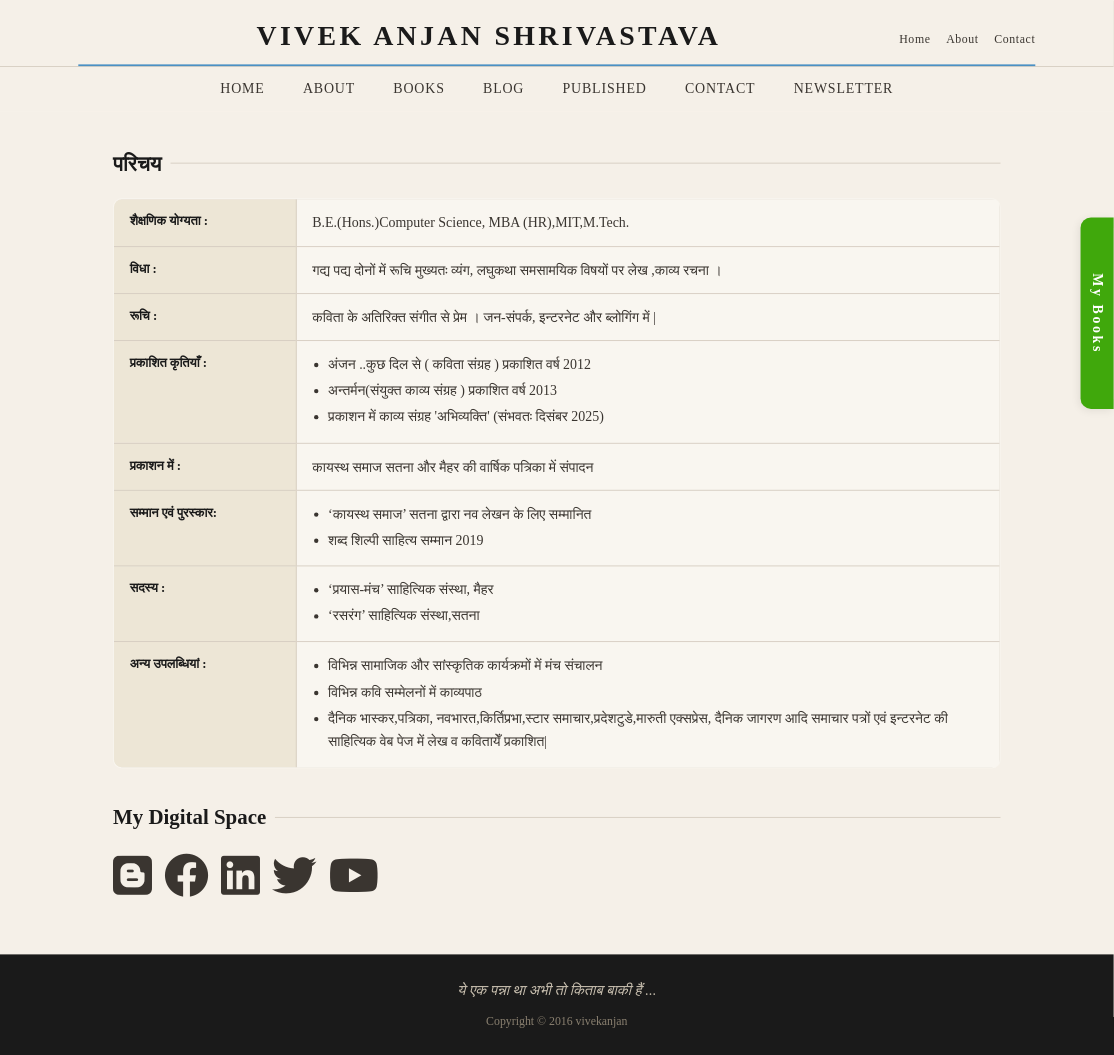
Repository: cforcoder21/vivekanjan.com
Page: frontend/html/aboutme.html
These files come from the project's save history. The page is drawn as it stood at one moment and after the next save; the edit follows.
The browser window is 1280 px wide. The pictures show the whole page, at 87% of full size.

Above is the page before, as saved 2026-03-12 21:46:49.

### frontend/html/aboutme.html
<!DOCTYPE html>
<html lang="en">
<head>
  <meta charset="UTF-8">
  <title>Portfolio | Vivek Anjan Shrivastava</title>
  <link rel="stylesheet" href="https://fonts.googleapis.com/css2?family=Poppins:wght@300;500;700&display=swap">
  <link href="../css/stye_about.css" rel="stylesheet">
  <link rel="stylesheet" href="https://cdnjs.cloudflare.com/ajax/libs/font-awesome/6.4.0/css/all.min.css">
</head>
<body>

<header>
<div id="templatemo_site_title_bar_wrapper">
  <div id="templatemo_site_title_bar">
    <div id="site_title">
      <h1>
        <a href="http:/" target="_parent">
          <h2>Vivek Anjan Shrivastava</h2>
          <span class="style5">Writer | Motivator | IT Professional</span>
        </a>
      </h1>
    </div>

    <ul id="top_menu">
      <li><a href="index.html">Home</a></li>
      <li><a href="aboutme.html">About</a></li>
      <li><a href="contact.html">Contact</a></li>
    </ul>
  </div>
</div>
</header>

<nav id="black_nav_bar_wrapper">
    <div id="black_nav_bar">
        <ul id="black_menu">
            <li><a href="index.html">HOME</a></li>
            <li><a href="aboutme.html">ABOUT</a></li>
            <li><a href="books.html">BOOKS</a></li>
            <li><a href="http://www.vivekanjan.blogspot.in/" target="_blank" title="Blogspot">BLOG</a></li>
            <li><a href="published.html">PUBLISHED</a></li>
            <li><a href="contact.html">CONTACT</a></li>
            <li class="nav-item"><a class="nav-link" href="index.html#newsletter">NEWSLETTER</a></li>
        </ul>
    </div>
</nav>


<div class="container">
  <h2 class="section-title"><center>परिचय</center></h2>


  <table>
    <tr>
      <td><strong>शैक्षणिक योग्यता :</strong></td>
      <td>B.E.(Hons.)Computer Science, MBA (HR),MIT,M.Tech. </td>
    </tr>
    <tr>
      <td><strong>विधा :</strong></td>
      <td>गद्य पद्य दोनों में रूचि  मुख्यतः व्यंग, लघुकथा समसामयिक विषयों पर लेख ,काव्य रचना ।</td>
    </tr>
    <tr>
      <td><strong>रूचि :</strong></td>
      <td>
        कविता के अतिरिक्त संगीत से प्रेम । जन-संपर्क, इन्टरनेट और ब्लोगिंग में |
      </td>
    </tr>
    <tr>
      <td><strong>प्रकाशित कृतियाँ :</strong></td>
      <td>
        <ul>
          <li>अंजन ..कुछ दिल से ( कविता संग्रह ) प्रकाशित वर्ष  2012 </li>
          <li>अन्तर्मन(संयुक्त काव्य संग्रह )   प्रकाशित वर्ष  2013 </li>
          <li>प्रकाशन में काव्य संग्रह 'अभिव्यक्ति'  (संभवतः दिसंबर 2025)</li>
        </ul>
      </td>
    </tr>
    <tr>
      <td><strong>प्रकाशन में :</strong></td>
      <td>कायस्थ समाज सतना और मैहर की वार्षिक पत्रिका में संपादन    </td>
    </tr>
    <tr>
      <td><strong>सम्मान एवं पुरस्कार:</strong></td>
      <td><ul>
        <li>‘कायस्थ समाज’ सतना द्वारा नव लेखन के लिए सम्मानित</li>
        <li>शब्द शिल्पी  साहित्य  सम्मान 2019</li>
      </ul></td>
    </tr>
    <tr>
      <td><strong>सदस्य :</strong></td>
      <td>
        <ul>
          <li>‘प्रयास-मंच’ साहित्यिक संस्था, मैहर</li>
          <li> ‘रसरंग’ साहित्यिक संस्था,सतना       </li>
        </ul>
      </td>
    </tr>
    <tr>
      <td>अन्य उपलब्धियां :</td>
        <td>
        <ul>
          <li>विभिन्न सामाजिक और सांस्कृतिक कार्यक्रमों में मंच संचालन</li>
          <li>विभिन्न कवि सम्मेलनों में काव्यपाठ </li>
          <li>    दैनिक भास्कर,पत्रिका, नवभारत,किर्तिप्रभा,स्टार समाचार,प्रदेशटुडे,मारुती एक्सप्रेस, दैनिक जागरण आदि समाचार पत्रों एवं इन्टरनेट की साहित्यिक वेब पेज में लेख व कवितायेँ प्रकाशित|


</li>
        </ul>
      </td>
    </tr>
  </table>

  <h2 class="section-title">My Digital Space</h2>
  <div class="social-icons">
    <a href="http://www.vivekanjan.blogspot.in/" target="_blank" title="Blogspot">
      <i class="fab fa-blogger fa-2x"></i>
    </a>
    <a href="https://www.facebook.com/profile.php?id=100000817695075" target="_blank" title="Facebook">
      <i class="fab fa-facebook fa-2x"></i>
    </a>
    <a href="http://in.linkedin.com/in/vivekanjan" target="_blank" title="LinkedIn">
    <i class="fab fa-linkedin fa-2x"></i>
    </a>
    <a href="https://twitter.com/vivekanjan" target="_blank" title="X">
      <i class="fab fa-twitter fa-2x"></i>
    </a>
    <a href="https://www.youtube.com/user/vivekanjan" target="_blank" title="YouTube">
      <i class="fab fa-youtube fa-2x"></i>
    </a>
    </div>

</div>



<div id="books-tab-wrapper">
  <div id="books-tab-label">My Books</div>
  <div id="books-tab-content">
    <div class="section-title_h2">
      <h2>My Books</h2>
    </div>
     <div class="books-container-box">
      <div class="book-card">
        <img src="https://simg.pothi.com/2vGe407RzEnevX9iGmptOgm-dtPMCfAGPQWAuCIwg08/rs:fit/w:371/h:477/el:1/g:sm/cb:rev-3/bG9jYWw6Ly8vaW1h/Z2VzL3Byb2R1Y3Rz/LzIwMjIvMDcvU0tV/MTQ3Ni9JbWFnZV8w/LmpwZw.jpg" alt="Anjan_book" class="book-cover" />
        <h4>अंजन…. कुछ दिल  से</h4>
        <p>अंजन काजल का समानार्थी शब्द है ! इसी शब्द पर आधारित है दिल से लिखा,दिल को छूने वाला, काव्य संग्रह ‘अंजन ' कुछ दिल से….</p>
        <div class="buy-button-container">
          <button class="buy-button">Buy Here</button>
          <div class="buy-dropdown">
            <a href="https://store.pothi.com/book/%E0%A4%B5%E0%A4%BF%E0%A4%B5%E0%A5%87%E0%A4%95-%E0%A4%85%E0%A4%82%E0%A4%9C%E0%A4%A8-%E0%A4%B6%E0%A5%8D%E0%A4%B0%E0%A5%80%E0%A4%B5%E0%A4%BE%E0%A4%B8%E0%A5%8D%E0%A4%A4%E0%A4%B5-%E0%A4%85%E0%A4%82%E0%A4%9C%E0%A4%A8/" target="_blank">Buy on Pothi</a>
            <a href="https://store.pothi.com/book/ebook-%E0%A4%B5%E0%A4%BF%E0%A4%B5%E0%A5%87%E0%A4%95-%E0%A4%85%E0%A4%82%E0%A4%9C%E0%A4%A8-%E0%A4%B6%E0%A5%8D%E0%A4%B0%E0%A5%80%E0%A4%B5%E0%A4%BE%E0%A4%B8%E0%A5%8D%E0%A4%A4%E0%A4%B5-%E0%A4%85%E0%A4%82%E0%A4%9C%E0%A4%A8/" target="_blank">Buy Ebook</a>
          </div>
        </div>
      </div>

      <div class="book-card">
    <img src="../assets/images/antarman.png" alt="Antarman" class="book-cover" />
    <h4>अंतर्मन</h4>
    <p>जीवन में हम सब की समस्याएं लगभग एक सी हैं, इन्हीं समस्याओं पर सभी शायरों और कवियों ने अपनी कलम चलाई है, एक से ही विषय होते हुए भी किसी बात को कहने का और उसे महसूस करने का अंदाज़ ही उन्हें एक दूसरे से अलग करता है.ग़ज़लों का केनवास काफी विस्तृत है. व्यक्ति से लेकर साहित्य, संस्कृति, समाज, परिवार, देश, अर्थ तंत्र, धर्म, शिक्षा, राजनीती, आतंक आदि विषयों पर उनके शेर कमाल का प्रभाव पैदा करते हैं. उन्होंने अपनी दार्शनिक सोच को भारतीय संस्कारों के तहत अपने शेरों में रूपायित किया है.. </p>
    <div class="buy-button-container">
      <button class="buy-button">Buy Here</button>
      <div class="buy-dropdown">
        <a href="https://www.flipkart.com/vidhwaan-kaviyon-ka-antarman/p/itmdy8m9tgvdbayn?pid=9789384236205&ref=L%3A1156165615059355101&srno=p_15&query=utkarsh+prakashan&otracker=from-search" target="_blank">Buy on Flipkart</a>
      </div>
    </div>
  </div>
</div>

    </div>
  </div>
</div>



<footer>
  <div class="footer">
    <p>ये एक पन्ना था अभी तो किताब बाकी हैं ...</p>
    <p>Copyright © 2016 vivekanjan</p>
  </div>
</footer>

</body>
</html>

### frontend/css/stye_about.css
/* ══════════════════════════════════════════════════════════
   stye_about.css  —  mirrors style_index.css exactly
   Maps the about page's old IDs/classes to the home design
   ══════════════════════════════════════════════════════════ */

/* ── RESET & BASE ────────────────────────────────────────── */
*, *::before, *::after { box-sizing: border-box; margin: 0; padding: 0; }

:root {
  --cream:      #f5f0e8;
  --cream-dark: #ede6d6;
  --cream-mid:  #f9f6f0;
  --ink:        #1a1a1a;
  --ink-soft:   #3a3530;
  --ink-light:  #6b6258;
  --blue-line:  #4a90c4;
  --blue-deep:  #2c6fa6;
  --green:      #40a80c;
  --green-dark: #2d7a08;
  --border:     #d4cbbf;
  --shadow:     rgba(0,0,0,0.08);
}

html { scroll-behavior: smooth; }

body {
  font-family: 'EB Garamond', Georgia, serif;
  background-color: var(--cream);
  color: var(--ink);
  font-size: 16px;
  line-height: 1.7;
}

a { color: inherit; text-decoration: none; transition: color 0.2s; }


/* ══════════════════════════════════════════════════════════
   HEADER
   home: .site-header  →  about: #templatemo_site_title_bar_wrapper
   home: .header-top   →  about: #templatemo_site_title_bar
   home: .site-title   →  about: #site_title  (the h2 inside)
   home: .header-icons →  about: #top_menu
   ══════════════════════════════════════════════════════════ */

/* == .site-header == */
#templatemo_site_title_bar_wrapper {
  background: var(--cream);
  padding: 22px 60px 0;
  position: sticky;
  top: 0;
  z-index: 100;
  box-shadow: 0 1px 0 var(--border);
}

/* == .header-top == */
#templatemo_site_title_bar {
  display: flex;
  align-items: center;
  justify-content: space-between;
  padding-bottom: 14px;
  border-bottom: 2px solid var(--blue-line);
  max-width: 1100px;
  margin: 0 auto;
}

/* spacer on left so title stays centred (mirrors .header-spacer) */
#site_title {
  flex: 1;
  text-align: center;
}

/* strip the default h1 styling */
#site_title h1 {
  font-size: inherit;
  font-weight: inherit;
  margin: 0;
}

#site_title a {
  display: inline-block;
  text-decoration: none;
}

/* == .site-title == */
#site_title a h2 {
  font-family: 'Playfair Display', serif;
  font-size: 2rem;
  font-weight: 700;
  letter-spacing: 0.12em;
  text-transform: uppercase;
  color: var(--ink);
  margin: 0;
  line-height: 1.2;
}

#site_title a h2:hover,
#site_title a:hover h2 { color: var(--ink); }

/* hide the subtitle — home page has none */
#site_title .style5 { display: none; }

/* == .header-icons == */
#top_menu {
  list-style: none;
  margin: 0;
  padding: 0;
  display: flex;
  gap: 18px;
  align-items: center;
  font-size: 1.3rem;
  color: var(--ink-soft);
  min-width: 80px;
  justify-content: flex-end;
}

#top_menu li a {
  font-family: 'Cormorant Garamond', serif;
  font-size: 0.85rem;
  font-weight: 500;
  letter-spacing: 0.05em;
  color: var(--ink-soft);
  transition: color 0.2s;
}

#top_menu li a:hover { color: var(--blue-deep); }


/* ══════════════════════════════════════════════════════════
   NAV BAR
   home: .main-nav / .nav-item > a
   about: #black_nav_bar_wrapper / #black_nav_bar / #black_menu li a
   ══════════════════════════════════════════════════════════ */

/* == .main-nav wrapper == */
#black_nav_bar_wrapper {
  background: var(--cream);
}

#black_nav_bar {
  display: flex;
  justify-content: center;
  gap: 0;
  padding: 0;
  background: var(--cream);
  max-width: 1100px;
  margin: 0 auto;
}

/* == .nav-item == */
#black_menu {
  list-style: none;
  margin: 0;
  padding: 0;
  display: flex;
  justify-content: center;
}

/* == .nav-item > a == */
#black_menu li a,
#black_menu li a.nav-link {
  font-family: 'Cormorant Garamond', serif;
  font-size: 1rem;
  font-weight: 500;
  letter-spacing: 0.06em;
  color: var(--ink-soft);
  padding: 12px 22px;
  display: block;
  transition: color 0.2s;
}

#black_menu li a:hover,
#black_menu li a.nav-link:hover { color: var(--blue-deep); }


/* ══════════════════════════════════════════════════════════
   PAGE CONTENT  .container
   ══════════════════════════════════════════════════════════ */
.container {
  max-width: 1100px;
  margin: 40px auto 0;
  padding: 0 40px;
}

/* section headings — mirrors .section-heading */
h2.section-title {
  font-family: 'Playfair Display', serif;
  font-size: 1.5rem;
  font-weight: 600;
  color: var(--ink);
  margin-bottom: 20px;
  margin-top: 36px;
  display: flex;
  align-items: center;
  gap: 10px;
}

h2.section-title::after {
  content: '';
  flex: 1;
  height: 1px;
  background: var(--border);
}

/* ── TABLE (परिचय) ─────────────────────────────────────── */
table {
  width: 100%;
  border-collapse: collapse;
  background: var(--cream-mid);
  border: 1px solid var(--border);
  border-radius: 10px;
  overflow: hidden;
  font-family: 'EB Garamond', serif;
  font-size: 1rem;
  color: var(--ink-soft);
}

table tr { border-bottom: 1px solid var(--border); }
table tr:last-child { border-bottom: none; }

table td {
  padding: 13px 18px;
  vertical-align: top;
  line-height: 1.7;
}

/* label column */
table td:first-child {
  font-family: 'Playfair Display', serif;
  font-size: 0.92rem;
  font-weight: 600;
  color: var(--ink);
  white-space: nowrap;
  width: 210px;
  background: var(--cream-dark);
  border-right: 1px solid var(--border);
}

table td strong {
  font-family: 'Playfair Display', serif;
  font-weight: 600;
  color: var(--ink);
}

table ul { padding-left: 18px; margin: 0; }
table li { margin-bottom: 3px; }

/* ── SOCIAL ICONS (.social-icons) ─────────────────────── */
.social-icons {
  display: flex;
  gap: 14px;
  justify-content: flex-start;
  margin-top: 14px;
  flex-wrap: wrap;
  align-items: center;
}

.social-icons a {
  color: var(--ink-soft);
  font-size: 1.6rem;
  transition: color 0.2s, transform 0.2s;
}

.social-icons a:hover {
  color: var(--blue-deep);
  transform: translateY(-2px);
}

/* ══════════════════════════════════════════════════════════
   BOOKS SIDE TAB
   ══════════════════════════════════════════════════════════ */
#books-tab-wrapper {
  position: fixed;
  top: 50%;
  right: 0;
  transform: translateY(-50%);
  width: 38px;
  z-index: 999;
  background: var(--green);
  border-top-left-radius: 12px;
  border-bottom-left-radius: 12px;
  box-shadow: -2px 2px 10px var(--shadow);
  overflow: hidden;
  transition: width 0.4s ease, height 0.4s ease, background 0.4s ease;
  cursor: pointer;
  color: white;
  display: flex;
  align-items: stretch;
  height: 220px;
}

#books-tab-wrapper:hover {
  width: 50vw;
  height: 90vh;
  background: var(--cream);
  box-shadow: -4px 4px 24px rgba(0,0,0,0.15);
  border: 1px solid var(--border);
  cursor: default;
}

#books-tab-label {
  writing-mode: vertical-rl;
  font-family: 'Cormorant Garamond', serif;
  font-size: 1rem;
  font-weight: 600;
  padding: 12px 6px;
  user-select: none;
  letter-spacing: 3px;
  text-align: center;
  flex-shrink: 0;
  transition: opacity 0.3s;
  color: white;
}

#books-tab-wrapper:hover #books-tab-label { opacity: 0; pointer-events: none; }

#books-tab-content {
  width: 0;
  opacity: 0;
  overflow-y: auto;
  transition: width 0.4s ease, opacity 0.4s ease, padding 0.4s ease;
  flex-grow: 1;
  background: var(--cream-mid);
  color: var(--ink);
  max-height: 90vh;
}

#books-tab-wrapper:hover #books-tab-content {
  width: 100%;
  opacity: 1;
  padding: 24px 30px;
}

.section-title_h2 h2 {
  font-family: 'Playfair Display', serif;
  font-size: 1.4rem;
  font-weight: 700;
  color: var(--ink);
  border-bottom: 2px solid var(--blue-line);
  padding-bottom: 10px;
  margin-bottom: 20px;
}

#books-tab-content h4 {
  font-family: 'Playfair Display', serif;
  font-size: 0.95rem;
  font-weight: 600;
  color: var(--ink);
  margin: 10px 0 6px;
}

#books-tab-content p {
  font-family: 'EB Garamond', serif;
  font-size: 0.9rem;
  line-height: 1.6;
  color: var(--ink-soft);
  margin-bottom: 10px;
}

#books-tab-content a { color: var(--blue-deep); font-size: 0.88rem; transition: color 0.2s; }
#books-tab-content a:hover { color: var(--green-dark); text-decoration: underline; }
#books-tab-content::-webkit-scrollbar { width: 6px; }
#books-tab-content::-webkit-scrollbar-thumb { background: var(--border); border-radius: 10px; }

.books-container-box { display: flex; gap: 20px; flex-wrap: wrap; }

.book-card {
  flex: 1 1 45%;
  background: white;
  border: 1px solid var(--border);
  border-radius: 10px;
  padding: 14px;
  box-shadow: 0 2px 8px var(--shadow);
  transition: transform 0.2s, box-shadow 0.2s;
}

.book-card:hover { transform: translateY(-3px); box-shadow: 0 6px 20px rgba(0,0,0,0.11); }

img.book-cover {
  width: 100%;
  height: auto;
  border-radius: 6px;
  margin-bottom: 10px;
  border: 1px solid var(--border);
  display: block;
}

.buy-button-container { position: relative; display: inline-block; margin-top: 10px; }

.buy-button {
  display: inline-block;
  background: var(--green);
  color: white;
  border: none;
  border-radius: 6px;
  padding: 8px 14px;
  font-family: 'EB Garamond', serif;
  font-size: 0.95rem;
  font-weight: 600;
  cursor: pointer;
  transition: background 0.2s;
}

.buy-button:hover { background: var(--green-dark); }

.buy-dropdown {
  display: none;
  position: absolute;
  top: calc(100% + 6px);
  left: 0;
  background: var(--cream-mid);
  border: 1px solid var(--border);
  border-radius: 6px;
  box-shadow: 0 4px 16px var(--shadow);
  min-width: 170px;
  z-index: 9999;
  flex-direction: column;
  overflow: hidden;
}

.buy-dropdown a {
  display: block;
  padding: 9px 14px;
  color: var(--ink-soft);
  font-family: 'EB Garamond', serif;
  font-size: 0.88rem;
  border-bottom: 1px solid var(--cream-dark);
  transition: background 0.2s, color 0.2s;
}

.buy-dropdown a:last-child { border-bottom: none; }
.buy-dropdown a:hover { background: var(--cream-dark); color: var(--blue-deep); }
.buy-button-container:hover .buy-dropdown { display: flex; }


/* ══════════════════════════════════════════════════════════
   FOOTER
   home: .site-footer  →  about: footer > .footer
   ══════════════════════════════════════════════════════════ */
footer { margin-top: 0; }

.footer {
  background: var(--ink);
  color: var(--cream-dark);
  text-align: center;
  padding: 28px 40px;
  margin-top: 60px;
  font-family: 'EB Garamond', serif;
}

/* mirrors .site-footer .footer-quote */
.footer p:first-child {
  font-size: 1.05rem;
  font-style: italic;
  margin-bottom: 8px;
  color: #c8bfaf;
}

/* mirrors .site-footer p */
.footer p {
  font-size: 0.85rem;
  color: #8a8070;
}


/* ══════════════════════════════════════════════════════════
   RESPONSIVE  — mirrors home breakpoints exactly
   ══════════════════════════════════════════════════════════ */
@media (max-width: 900px) {
  #templatemo_site_title_bar_wrapper { padding: 14px 20px 0; }
  .container { padding: 0 20px; }
  #site_title a h2 { font-size: 1.3rem; }
  table td:first-child { width: auto; white-space: normal; }
  #black_menu { flex-wrap: wrap; }
}

@media (max-width: 600px) {
  #black_menu { flex-direction: column; align-items: center; }
  #books-tab-wrapper:hover { width: 100vw; }
}

After the next save:
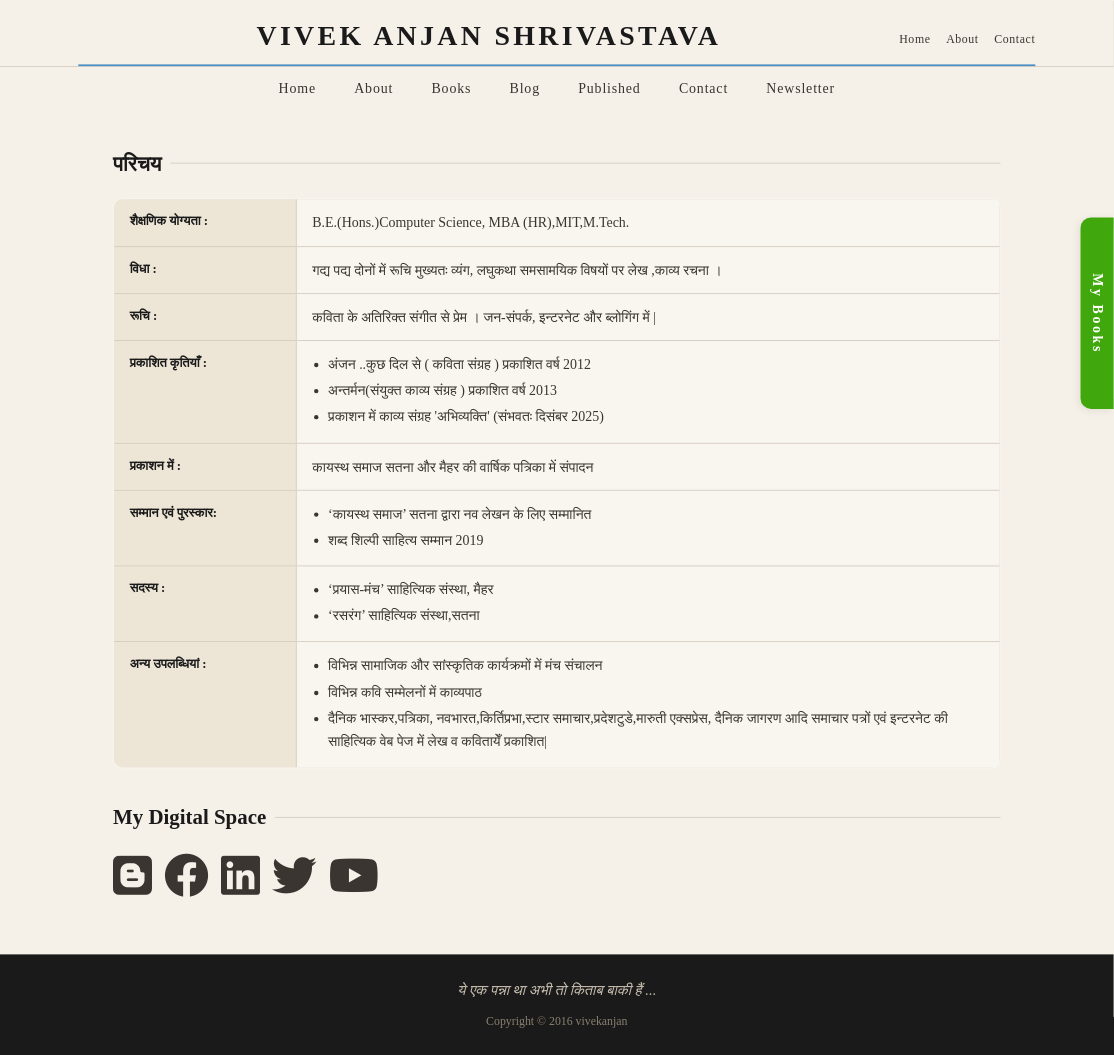
Saved 3 min 25 s later.
--- a/frontend/html/aboutme.html
+++ b/frontend/html/aboutme.html
@@ -33,13 +33,13 @@
 <nav id="black_nav_bar_wrapper">
     <div id="black_nav_bar">
         <ul id="black_menu">
-            <li><a href="index.html">HOME</a></li>
-            <li><a href="aboutme.html">ABOUT</a></li>
-            <li><a href="books.html">BOOKS</a></li>
-            <li><a href="http://www.vivekanjan.blogspot.in/" target="_blank" title="Blogspot">BLOG</a></li>
-            <li><a href="published.html">PUBLISHED</a></li>
-            <li><a href="contact.html">CONTACT</a></li>
-            <li class="nav-item"><a class="nav-link" href="index.html#newsletter">NEWSLETTER</a></li>
+            <li><a href="index.html">Home</a></li>
+            <li><a href="aboutme.html">About</a></li>
+            <li><a href="books.html">Books</a></li>
+            <li><a href="http://www.vivekanjan.blogspot.in/" target="_blank" title="Blogspot">Blog</a></li>
+            <li><a href="published.html">Published</a></li>
+            <li><a href="contact.html">Contact</a></li>
+            <li class="nav-item"><a class="nav-link" href="index.html#newsletter">Newsletter</a></li>
         </ul>
     </div>
 </nav>
